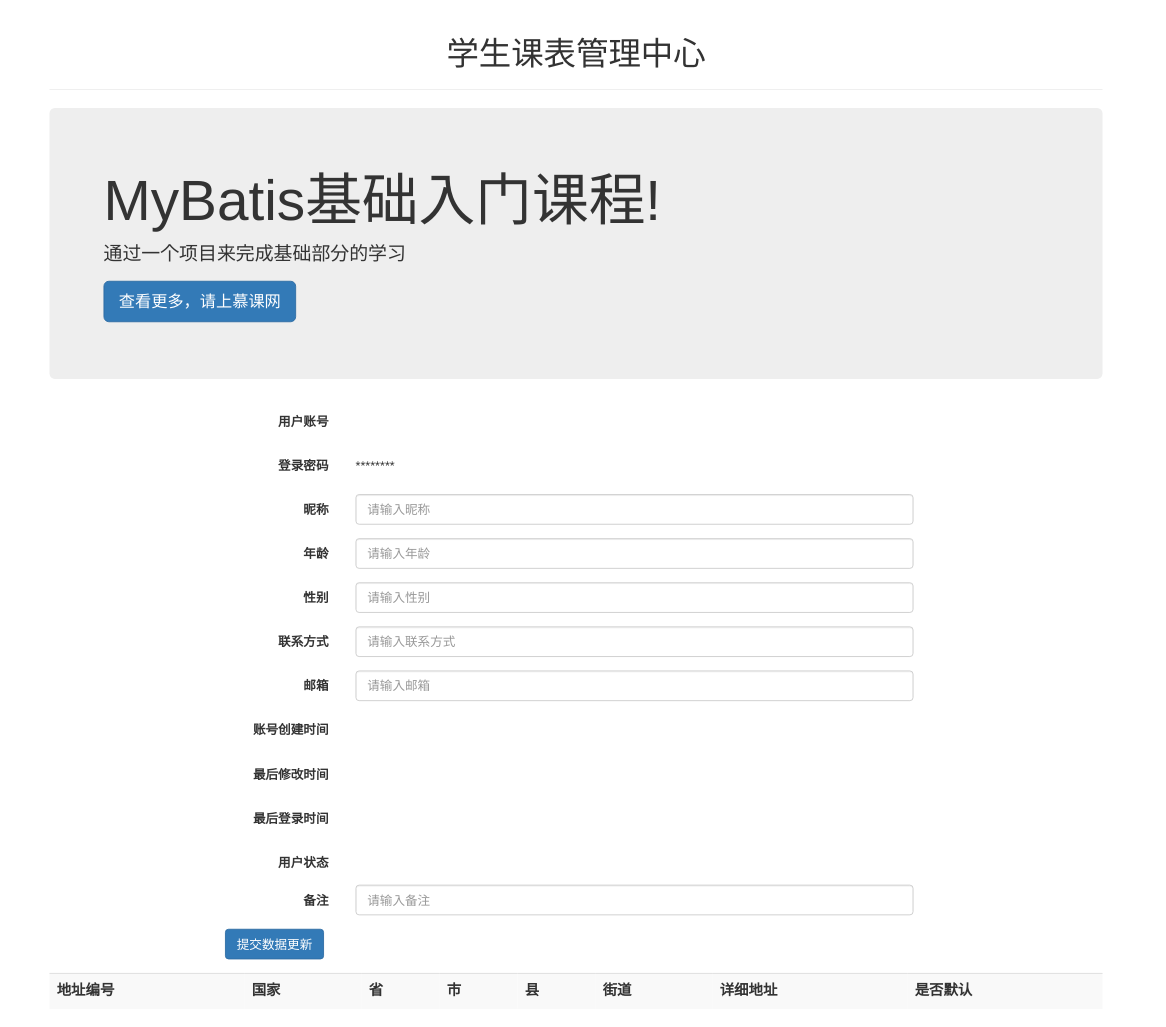
Repository: JetChen07/mybatis
Page: http://localhost/course/detail.jsp
An editor plug-in stored every save of this project. The page is shown before and after the next save, followed by the edit.
The browser window is 1280 px wide. The page is 1280 px wide, then 1295 px, so the pictures cover 1295 px, including what lies to the right of the window. The pictures show the whole page, at 90% of full size.
The page is served by Tomcat 9. Nobody is signed in. The application's start-up code is not run. Other server files are loaded and not shown.

Above is the page before, as saved 2018-05-22 01:51:24.

### course/src/main/webapp/detail.jsp
<%--
  Created by IntelliJ IDEA.
  User: mouwe
  Date: 2017/5/25
  Time: 22:23
  To change this template use File | Settings | File Templates.
--%>
<%@ page contentType="text/html;charset=UTF-8" language="java" %>
<%@ taglib prefix="c" uri="http://java.sun.com/jsp/jstl/core"%>
<%@ taglib prefix="fmt" uri="http://java.sun.com/jsp/jstl/fmt" %>
<html>
<head>
    <title>慕课网用户管理中心</title>
    <link rel="stylesheet" href="lib/bootstrap-3.3.7-dist/css/bootstrap.min.css">
    <script src="lib/2.2.4/jquery-1.12.4.min.js"></script>
    <script src="lib/bootstrap-3.3.7-dist/js/bootstrap.min.js"></script>
</head>
<body>
<div class="container">
		<div class="row">
			<div class="page-header" align="center">
				<h1>学生课表管理中心</h1>
			</div>
		</div>
		<div class="row">
        <div class="jumbotron">
            <h1>MyBatis基础入门课程!</h1>
            <p>通过一个项目来完成基础部分的学习</p>
            <p><a class="btn btn-primary btn-lg" href="#" role="button">查看更多，请上慕课网</a></p>
        </div>
    </div>
    <c:set var="user" value="${user}"></c:set>
    <div class="row">
        <div class="col-md-8 col-md-offset-2">
            <form class="form-horizontal" action="${pageContext.request.contextPath}/updateusers">
                <input type="hidden" name="id" value="${user.id}">
                <div class="form-group">
                    <label class="col-sm-2 control-label">用户账号</label>
                    <div class="col-sm-10">
                        <%--<p class="form-control-static">${user.username}</p>--%>
                            <p class="form-control-static">${user.name}</p>
                    </div>
                </div>
                <div class="form-group">
                    <label class="col-sm-2 control-label">登录密码</label>
                    <div class="col-sm-10">
                        <p class="form-control-static">********</p>
                    </div>
                </div>
                <div class="form-group">
                    <label for="nickname" class="col-sm-2 control-label">昵称</label>
                    <div class="col-sm-10">
                        <input type="text" class="form-control" id="nickname" value="${user.nickname}" name="nickname" placeholder="请输入昵称">
                    </div>
                </div>
                <div class="form-group">
                    <label for="age" class="col-sm-2 control-label">年龄</label>
                    <div class="col-sm-10">
                        <input type="text" class="form-control" id="age" name="age" value="${user.age}" placeholder="请输入年龄">
                    </div>
                </div>
                <div class="form-group">
                    <label for="gender" class="col-sm-2 control-label">性别</label>
                    <div class="col-sm-10">
                        <input type="text" class="form-control" id="gender" name="gender" value="${user.gender}" placeholder="请输入性别">
                    </div>
                </div>
                <div class="form-group">
                    <label for="phone" class="col-sm-2 control-label">联系方式</label>
                    <div class="col-sm-10">
                        <input type="text" class="form-control" id="phone" name="phone" value="${user.phone}" placeholder="请输入联系方式">
                    </div>
                </div>
                <div class="form-group">
                    <label for="email" class="col-sm-2 control-label">邮箱</label>
                    <div class="col-sm-10">
                        <input type="text" class="form-control" id="email" name="email" value="${user.email}" placeholder="请输入邮箱">
                    </div>
                </div>
                <div class="form-group">
                    <label class="col-sm-2 control-label">账号创建时间</label>
                    <div class="col-sm-10">
                        <p class="form-control-static">
                            <fmt:formatDate value="${user.createTime}" pattern="yyyy-MM-dd"></fmt:formatDate>
                        </p>
                    </div>
                </div>
                <div class="form-group">
                    <label class="col-sm-2 control-label">最后修改时间</label>
                    <div class="col-sm-10">
                        <p class="form-control-static">
                            <fmt:formatDate value="${user.updateTime}" pattern="yyyy-MM-dd"></fmt:formatDate>
                        </p>
                    </div>
                </div>
                <div class="form-group">
                    <label class="col-sm-2 control-label">最后登录时间</label>
                    <div class="col-sm-10">
                        <p class="form-control-static">
                            <fmt:formatDate value="${user.lastLogin}" pattern="yyyy-MM-dd"></fmt:formatDate>
                        </p>
                    </div>
                </div>
                <div class="form-group">
                    <label class="col-sm-2 control-label">用户状态</label>
                    <div class="col-sm-10">
                        <c:if test="${user.userStatus == 0}">
                            <p class="form-control-static">正常</p>
                        </c:if>
                        <c:if test="${user.userStatus == 1}">
                            <p class="form-control-static">锁定</p>
                        </c:if>
                        <c:if test="${user.userStatus == 2}">
                            <p class="form-control-static">删除</p>
                        </c:if>
                    </div>
                </div>
                <div class="form-group">
                    <label for="remark" class="col-sm-2 control-label">备注</label>
                    <div class="col-sm-10">
                        <input type="text" class="form-control" id="remark" value="${user.remark}" name="remark" placeholder="请输入备注">
                    </div>
                </div>
                <div class="form-group">
                    <input type="submit" value="提交数据更新" class="btn btn-primary">
                </div>
            </form>
        </div>
    </div>
    <div class="row">
        <table class="table table-striped">
            <tr>
                <th>地址编号</th>
                <th>国家</th>
                <th>省</th>
                <th>市</th>
                <th>县</th>
                <th>街道</th>
                <th>详细地址</th>
                <th>是否默认</th>
            </tr>
            <c:forEach var="addr" items="${user.addresses}">
                <tr>
                    <td>${addr.id}</td>
                    <td>${addr.nation}</td>
                    <td>${addr.province}</td>
                    <td>${addr.city}</td>
                    <td>${addr.country}</td>
                    <td>${addr.street}</td>
                    <td>${addr.remark}</td>
                    <c:if test="${addr.defaultAddr == true}">
                        <td>默认地址</td>
                    </c:if>
                    <c:if test="${addr.defaultAddr == false}">
                        <td>-----</td>
                    </c:if>
                </tr>
            </c:forEach>
        </table>
    </div>
</div>

</body>
</html>

Loaded but not shown: course/src/main/webapp/lib/bootstrap-3.3.7-dist/css/bootstrap.min.css (library); course/src/main/webapp/lib/2.2.4/jquery-1.12.4.min.js (library); course/src/main/webapp/lib/bootstrap-3.3.7-dist/js/bootstrap.min.js (library)

After the next save:
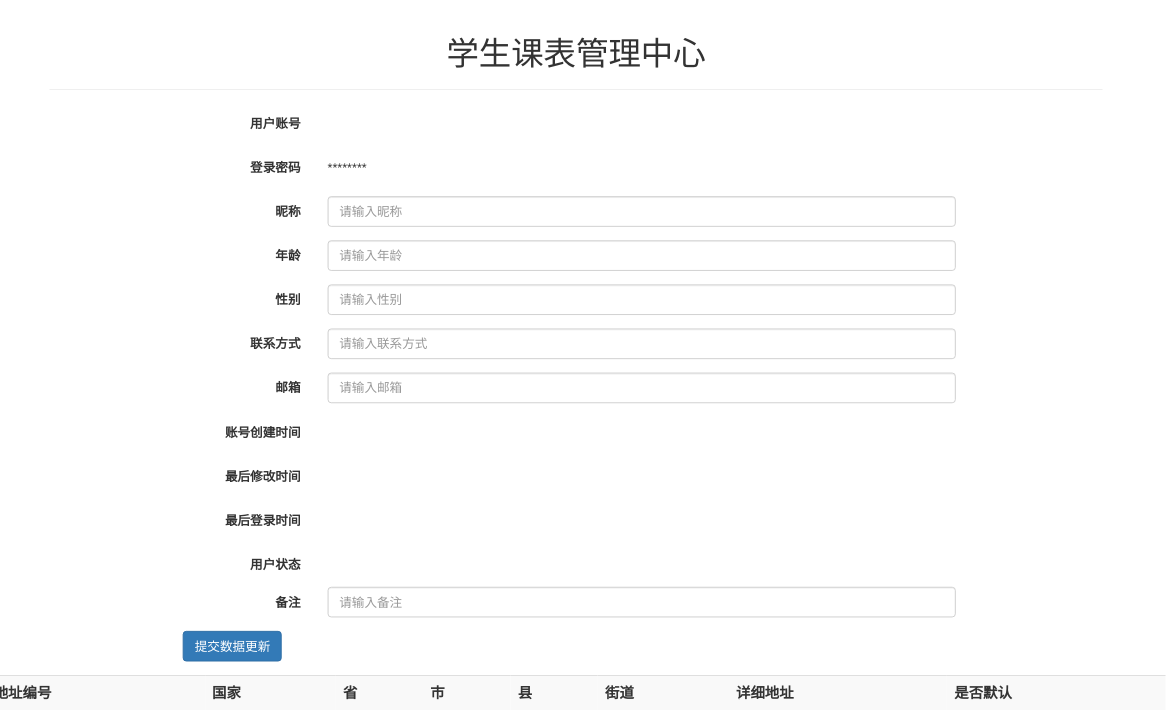
Saved 7 s later.
--- a/course/src/main/webapp/detail.jsp
+++ b/course/src/main/webapp/detail.jsp
@@ -22,12 +22,6 @@
 				<h1>学生课表管理中心</h1>
 			</div>
 		</div>
-		<div class="row">
-        <div class="jumbotron">
-            <h1>MyBatis基础入门课程!</h1>
-            <p>通过一个项目来完成基础部分的学习</p>
-            <p><a class="btn btn-primary btn-lg" href="#" role="button">查看更多，请上慕课网</a></p>
-        </div>
     </div>
     <c:set var="user" value="${user}"></c:set>
     <div class="row">
